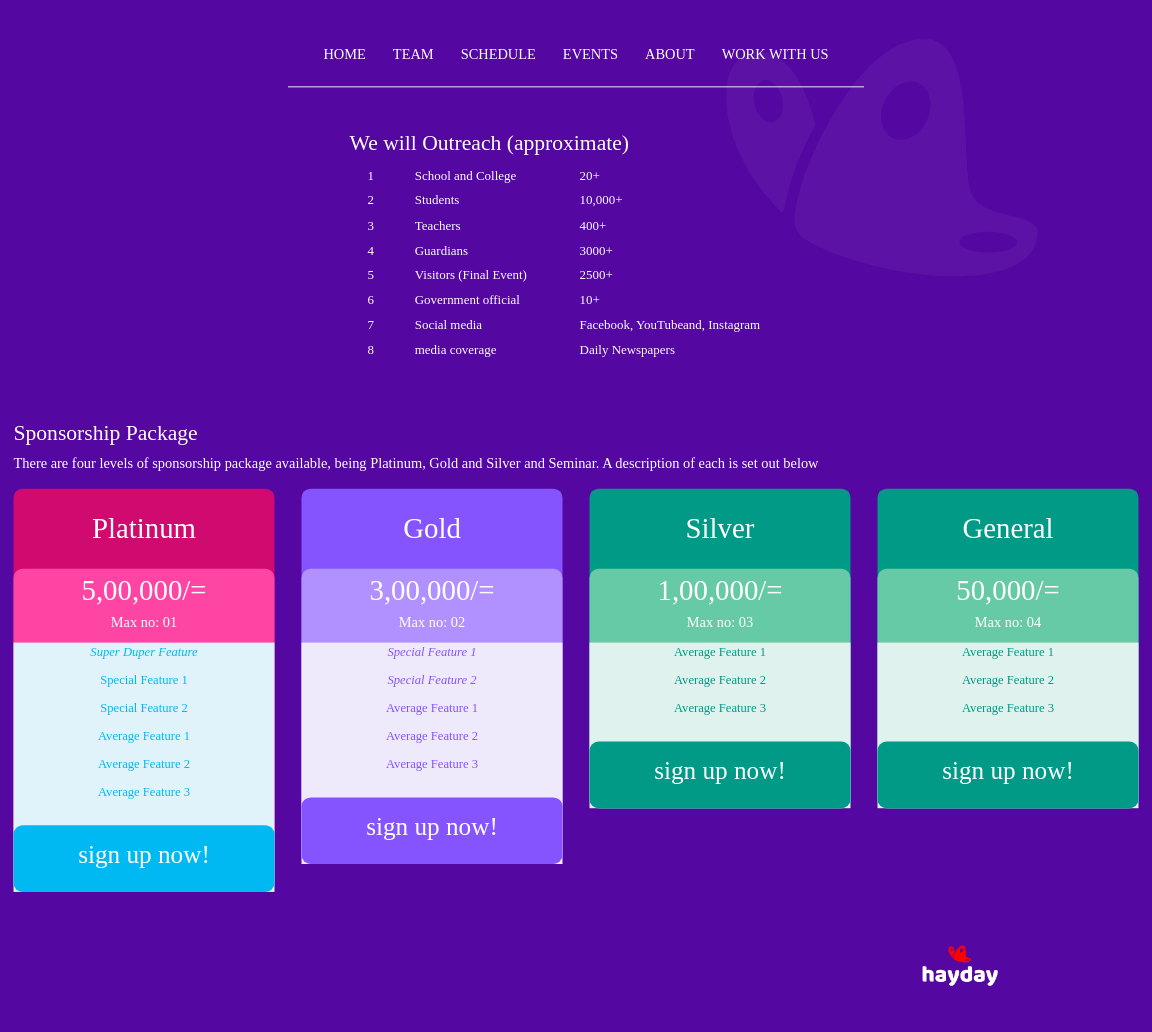
Repository: im1971/company-web
Page: workWithUs.html
These files come from the project's save history. The page is drawn as it stood at one moment and after the next save; the edit follows.
The browser window is 1280 px wide. The pictures show the whole page, at 90% of full size.
Some web fonts or font styles are not loaded; a fallback is used.

Above is the page before, as saved 2020-01-26 12:41:22.

### workWithUs.html
<!DOCTYPE html>
<html>

<head>
    <title>hayday</title>
    <link rel="shortcut icon" type="img/x-icon" href="img/fav.png" />
    <link rel="stylesheet" href="css/mdb.min.css">
    <link rel="stylesheet" href="css/bootstrap.min.css">
    <link rel="stylesheet" href="css/fontawesome.min.css">
    <link rel="stylesheet" href="css/all.min.css">
    <link rel="stylesheet" href="css/style.css">
    <!-- fonts -->
    <link href="https://fonts.googleapis.com/css?family=Baloo+Bhai&display=swap" rel="stylesheet">
    <!-- fonts -->

</head>

<body>

    <div class="wrap_hayday">
        <div class="back_img"></div>
        <div class="container-fluid">
            <div class="row justify-content-center pb-5">
                <div class="col-md-12">
                    <nav class="navbar navbar-expand-lg">
                        <button class="navbar-toggler" type="button" data-toggle="collapse" data-target="#navbarSupportedContent" aria-controls="navbarSupportedContent" aria-expanded="false" aria-label="Toggle navigation">
                          <span class="navbar-toggler-icon"></span>
                        </button>

                        <div class="collapse navbar-collapse" id="navbarSupportedContent">

                            <ul class="navbar-nav m-auto text-uppercase">
                                <li class="nav-item active">
                                    <a class="nav-link" href="index.html">Home</a>
                                </li>
                                <li class="nav-item">
                                    <a class="nav-link" href="#">Team</a>
                                </li>
                                <li class="nav-item">
                                    <a class="nav-link" href="#">SCHEDULE</a>
                                </li>
                                <li class="nav-item">
                                    <a class="nav-link" href="#">Events</a>
                                </li>
                                <li class="nav-item">
                                    <a class="nav-link" href="about.html">About</a>
                                </li>
                                <li class="nav-item">
                                    <a class="nav-link" href="workWithUs.html">Work With us</a>
                                </li>
                            </ul>
                        </div>
                    </nav>
                </div>
                <div class="col-md-6 border_deco pt-3"></div>
            </div>
            <!-- <div class="container"> -->
            <div class="row justify-content-center">
                <div class="col-md-5 outreach">
                    <h4>We will Outreach (approximate)</h4>
                    <div class="table-responsive table-sm">
                        <table class="table">
                            <tbody>
                                <tr>
                                    <td>1</td>
                                    <td>School and College</td>
                                    <td>20+</td>
                                </tr>
                                <tr>
                                    <td>2</td>
                                    <td>Students</td>
                                    <td>10,000+</td>
                                </tr>
                                <tr>
                                    <td>3</td>
                                    <td>Teachers</td>
                                    <td>400+</td>
                                </tr>
                                <tr>
                                    <td>4</td>
                                    <td>Guardians</td>
                                    <td>3000+</td>
                                </tr>
                                <tr>
                                    <td>5</td>
                                    <td>Visitors (Final Event)</td>
                                    <td>2500+</td>
                                </tr>
                                <tr>
                                    <td>6</td>
                                    <td>Government official</td>
                                    <td>10+</td>
                                </tr>
                                <tr>
                                    <td>7</td>
                                    <td>Social media</td>
                                    <td>Facebook, YouTubeand, Instagram</td>
                                </tr>
                                <tr>
                                    <td>8</td>
                                    <td>media coverage</td>
                                    <td>Daily Newspapers</td>
                                </tr>
                            </tbody>
                        </table>
                    </div>
                </div>
            </div>
            <div class="row justify-content-center sponsor_table mt-5">
                <div class="col-md-12">
                    <h4>Sponsorship Package</h4>
                    <p>
                        There are four levels of sponsorship package available, being Platinum, Gold and Silver and Seminar. A description of each is set out below
                    </p>
                </div>
                <div class="col-md-3">
                    <div class="superduper">
                        <div class="price-package">
                            <div class="package-name">
                                <h2>Platinum</h2>
                            </div>
                            <div class="package-price">
                                <div class="package-arrow"></div>
                                <div class="price">
                                    <span>5,00,000/=</span>
                                </div>
                                <div class="term">
                                    <span>Max no: 01</span>
                                </div>
                                <div class="package-features">
                                    <div class="package-arrow"></div>
                                    <ul>
                                        <li><em>Super Duper Feature</em></li>
                                        <li>Special Feature 1</li>
                                        <li>Special Feature 2</li>
                                        <li>Average Feature 1</li>
                                        <li>Average Feature 2</li>
                                        <li>Average Feature 3</li>
                                    </ul>
                                    <button class="sign-up">
                                <h3>sign up now!</h3>
                              </button>
                                </div>
                            </div>
                        </div>
                    </div>
                </div>
                <div class="col-md-3">
                    <div class="special">
                        <div class="price-package">
                            <div class="package-name">
                                <h2>Gold</h2>
                            </div>
                            <div class="package-price">
                                <div class="package-arrow"></div>
                                <div class="price">
                                    <span>3,00,000/=</span>
                                </div>
                                <div class="term">
                                    <span>Max no: 02</span>
                                </div>
                                <div class="package-features">
                                    <div class="package-arrow"></div>
                                    <ul>
                                        <li><em>Special Feature 1</em></li>
                                        <li><em>Special Feature 2</em></li>
                                        <li>Average Feature 1</li>
                                        <li>Average Feature 2</li>
                                        <li>Average Feature 3</li>
                                    </ul>
                                    <button class="sign-up">
                                <h3>sign up now!</h3>
                              </button>
                                </div>
                            </div>
                        </div>
                    </div>
                </div>

                <div class="col-md-3">
                    <div class="average">
                        <div class="price-package">
                            <div class="package-name">
                                <h2>Silver</h2>
                            </div>
                            <div class="package-price">
                                <div class="package-arrow"></div>
                                <div class="price">
                                    <span>1,00,000/=</span>
                                </div>
                                <div class="term">
                                    <span>Max no: 03</span>
                                </div>
                                <div class="package-features">
                                    <div class="package-arrow"></div>
                                    <ul>
                                        <li>Average Feature 1</li>
                                        <li>Average Feature 2</li>
                                        <li>Average Feature 3</li>
                                    </ul>
                                    <button class="sign-up">
                                  <h3>sign up now!</h3>
                                </button>
                                </div>
                            </div>
                        </div>
                    </div>

                </div>
                <div class="col-md-3">
                    <div class="general">
                        <div class="price-package">
                            <div class="package-name">
                                <h2>General</h2>
                            </div>
                            <div class="package-price">
                                <div class="package-arrow"></div>
                                <div class="price">
                                    <span>50,000/=</span>
                                </div>
                                <div class="term">
                                    <span>Max no: 04</span>
                                </div>
                                <div class="package-features">
                                    <div class="package-arrow"></div>
                                    <ul>
                                        <li>Average Feature 1</li>
                                        <li>Average Feature 2</li>
                                        <li>Average Feature 3</li>
                                    </ul>
                                    <button class="sign-up">
                                  <h3>sign up now!</h3>
                                </button>
                                </div>
                            </div>
                        </div>
                    </div>

                </div>

            </div>
            <!-- </div> -->
            <div class="row justify-content-end my-5">
                <div class="col-md-4 m-autp">
                    <div class="middle_body">
                        <div class="logo">
                            <img src="img/logo.png" alt="" style="height: 50px">
                        </div>
                        <!-- <p>Read about our Inspiration</p> -->
                    </div>
                </div>
            </div>
        </div>
    </div>
    </div>



    <!-- <script src="https://code.jquery.com/jquery-3.4.1.slim.min.js" integrity="sha384-J6qa4849blE2+poT4WnyKhv5vZF5SrPo0iEjwBvKU7imGFAV0wwj1yYfoRSJoZ+n" crossorigin="anonymous"></script>
    <script src="https://cdn.jsdelivr.net/npm/popper.js@1.16.0/dist/umd/popper.min.js" integrity="sha384-Q6E9RHvbIyZFJoft+2mJbHaEWldlvI9IOYy5n3zV9zzTtmI3UksdQRVvoxMfooAo" crossorigin="anonymous"></script>
    <script src="https://stackpath.bootstrapcdn.com/bootstrap/4.4.1/js/bootstrap.min.js" integrity="sha384-wfSDF2E50Y2D1uUdj0O3uMBJnjuUD4Ih7YwaYd1iqfktj0Uod8GCExl3Og8ifwB6" crossorigin="anonymous"></script> -->

    <script type="text/javascript" src="js/jquery.min.js"></script>
    <!-- Bootstrap tooltips -->
    <script type="text/javascript" src="js/popper.min.js"></script>
    <!-- Bootstrap core JavaScript -->
    <script type="text/javascript" src="js/bootstrap.min.js"></script>
    <!-- MDB core JavaScript -->
    <script type="text/javascript" src="js/mdb.min.js"></script>


</body>

</html>

### css/style.css
body {
    padding: 0;
    margin: 0;
    background: #5407A1 !important;
    color: #fff !important;
    font-family: 'Baloo Bhai', cursive;
    position: relative;
}


/* global */

html {
    overflow: scroll;
    overflow-x: hidden;
}

::-webkit-scrollbar {
    width: 0px;
    /* Remove scrollbar space */
    background: transparent;
    /* Optional: just make scrollbar invisible */
}


/* Optional: show position indicator in red */

::-webkit-scrollbar-thumb {
    background: #FF0000;
}


/* global */

.back_img {
    background-image: url(../img/back.png);
    height: 350px;
    width: 600px;
    position: absolute;
    background-position: center center;
    background-size: cover;
    opacity: 5%;
    /* top: 30%; */
    right: 0;
}


/* header */

.wrap_hayday .navbar {
    box-shadow: none;
}

.wrap_hayday .container-fluid {
    min-height: 100vh;
}

.wrap_hayday nav .nav-link {
    padding-right: 15px !important;
    padding-left: 15px !important;
    color: #fff;
    font-family: 'Baloo Bhai', cursive;
}

.wrap_hayday .border_deco {
    border-bottom: .25px solid #fff;
}

.wrap_hayday nav .nav-link:hover {
    color: #FF0000;
    transition-duration: 0.5s;
}

.wrap_hayday .navbar {
    padding: 40px;
    padding-bottom: 0;
}


/* header */


/* middle body */

.wrap_hayday .middle_body {
    text-align: center;
}

.wrap_hayday .middle_body .logo img {
    /* background-image: url(logo.png); */
    height: 100px;
}

.wrap_hayday .others_page_middle {
    text-align: center;
    position: absolute;
    right: 30px;
    bottom: 0;
}

.wrap_hayday .others_page_middle img {
    height: 70px;
}


/* middle body */


/* footer-body */

.myprogress {
    min-width: 100%;
    margin: 0px auto;
    text-align: center;
}

.myprogress .circle {
    display: inline-block;
    background: #fff;
    width: 50px;
    height: 50px;
    border-radius: 80px;
    border: 1px solid #d5d5da;
    cursor: pointer;
}

.myprogress .circle:hover {
    background: #FF0000;
    color: #5407A1;
    transition-duration: 0.5s;
}

.myprogress .bar {
    position: relative;
    width: 100px;
    padding-right: 15px;
    font-family: none;
    /* height: 2px; */
    /* top: 10px; */
    /* border: 0px solid #fff; */
}

.myprogress .circle .label {
    display: inline-block;
    width: 40px;
    height: 40px;
    line-height: 30px;
    border-radius: 40px;
    font-size: 24px;
}

.myprogress .circle .title {
    color: #5407A1;
    font-size: 24px;
    line-height: 50px;
    cursor: pointer;
}

.myprogress .circle .title:hover {
    color: #fff;
}

.myprogress i {
    font-size: 11px;
}

.myprogress .abc {
    animation: pulse 1s infinite;
    color: #FF0000;
}

.myprogress .pulse {
    -webkit-animation-duration: 3s;
    -webkit-animation-delay: 2s;
    -webkit-animation-iteration-count: 5;
}


/* footer-body */


/* about hayday */

.accordion .card-header {
    padding: 0;
    background: #5407A1;
    margin-bottom: 0;
}

.accordion .card-header .btn-link {
    color: #fff;
    padding: 0;
}

.accordion .card {
    border: none;
    border-radius: 0;
}

.accordion i {
    position: absolute;
    right: 10px;
    top: 5px;
}

.accordion p {
    color: #000;
    font-family: serif;
    font-size: 15px;
}

.accordion h4 {
    color: #000;
    font-family: serif;
    font-weight: 700 !important;
    font-size: 22px;
}


/* about hayday */


/* work with us */

.outreach table.table th,
table.table td {
    padding: 3px 20px;
    color: #fff;
    border: none;
    font-family: auto;
}


/* work with us */


/* pricing table */

.sponsor_table {
    font-family: auto;
}

.price-package {
    padding-top: 25px;
    margin-bottom: 10px;
    text-align: center;
    -moz-border-radius-topleft: 10px;
    -moz-border-radius-topright: 10px;
    -webkit-border-top-left-radius: 10px;
    -webkit-border-top-right-radius: 10px;
    -moz-border-radius-bottomleft: 10px;
    -moz-border-radius-bottomright: 10px;
    -webkit-border-bottom-left-radius: 10px;
    -webkit-border-bottom-right-radius: 10px;
}

.price-package .package-name {
    font-size: 1.4rem;
}

.price-package .package-price {
    -moz-border-radius-topleft: 10px;
    -moz-border-radius-topright: 10px;
    -webkit-border-top-left-radius: 10px;
    -webkit-border-top-right-radius: 10px;
    -moz-border-radius-bottomleft: 10px;
    -moz-border-radius-bottomright: 10px;
    -webkit-border-bottom-left-radius: 10px;
    -webkit-border-bottom-right-radius: 10px;
    margin-top: 25px;
}

.price-package .package-price .price sup {
    font-size: 1.6rem;
    position: absolute;
    top: 6px;
    left: -12px;
}

.price-package .package-price .price span {
    font-size: 2rem;
}

.price-package .package-features ul {
    font-size: 14px;
    margin: 0;
    padding: 0;
    list-style: none;
}

.price-package .package-features ul li {
    margin: 10px auto;
    padding: 0;
}

.price-package .sign-up {
    -moz-border-radius-topleft: 10px;
    -moz-border-radius-topright: 10px;
    -webkit-border-top-left-radius: 10px;
    -webkit-border-top-right-radius: 10px;
    -moz-border-radius-bottomleft: 10px;
    -moz-border-radius-bottomright: 10px;
    -webkit-border-bottom-left-radius: 10px;
    -webkit-border-bottom-right-radius: 10px;
    padding: 16.66666667px 0;
    margin-top: 16.66666667px;
    width: 100%;
    outline: none;
    border: none;
    cursor: pointer;
}

.average .price-package {
    background-color: #009a86;
}

.average .price-package .package-name {
    color: white;
}

.average .price-package .package-price {
    background-color: #66CAA6;
    color: white;
}

.average .price-package .package-features {
    background-color: #e0f2ed;
    color: #009a86;
}

.average .price-package .sign-up {
    background-color: #009a86;
    color: white;
    transition: background-color 0.5s ease;
}

.average .price-package .sign-up:hover {
    background-color: #66CAA6;
}

.average .price-package .sign-up:active {
    background-color: #e0f2ed;
}

.average .price-package .package-price .package-arrow {
    border-top-color: #009a86;
}

.average .price-package .package-features .package-arrow {
    border-top-color: #66CAA6;
}

.average .price-package .sign-up .package-arrow {
    border-top-color: #e0f2ed;
}

.special .price-package {
    background-color: #8654ff;
}

.special .price-package .package-name {
    color: white;
}

.special .price-package .package-price {
    background-color: #b191ff;
    color: white;
}

.special .price-package .package-features {
    background-color: #efe9fc;
    color: #8654ff;
}

.special .price-package .sign-up {
    background-color: #8654ff;
    color: white;
    transition: background-color 0.5s ease;
}

.special .price-package .sign-up:hover {
    background-color: #b191ff;
}

.special .price-package .sign-up:active {
    background-color: #efe9fc;
}

.special .price-package .package-price .package-arrow {
    border-top-color: #8654ff;
}

.special .price-package .package-features .package-arrow {
    border-top-color: #b191ff;
}

.special .price-package .sign-up .package-arrow {
    border-top-color: #efe9fc;
}

.superduper .price-package {
    background-color: #d00a6e;
}

.superduper .price-package .package-name {
    color: white;
}

.superduper .price-package .package-price {
    background-color: #ff45a3;
    color: white;
}

.superduper .price-package .package-features {
    background-color: #e0f2fa;
    color: #00b9f2;
}

.superduper .price-package .sign-up {
    background-color: #00b9f2;
    color: white;
    transition: background-color 0.5s ease;
}

.superduper .price-package .sign-up:hover {
    background-color: #7dd4fe;
}

.superduper .price-package .sign-up:active {
    background-color: #e0f2fa;
}

.superduper .price-package .package-price .package-arrow {
    border-top-color: #ff45a3;
}

.superduper .price-package .package-features .package-arrow {
    border-top-color: #7dd4fe;
}

.superduper .price-package .sign-up .package-arrow {
    border-top-color: #e0f2fa;
}

.general .price-package {
    background-color: #009a86;
}

.general .price-package .package-name {
    color: white;
}

.general .price-package .package-price {
    background-color: #66CAA6;
    color: white;
}

.general .price-package .package-features {
    background-color: #e0f2ed;
    color: #009a86;
}

.general .price-package .sign-up {
    background-color: #009a86;
    color: white;
    transition: background-color 0.5s ease;
}

.general .price-package .sign-up:hover {
    background-color: #66CAA6;
}

.general .price-package .sign-up:active {
    background-color: #e0f2ed;
}

.general .price-package .package-price .package-arrow {
    border-top-color: #009a86;
}

.general .price-package .package-features .package-arrow {
    border-top-color: #66CAA6;
}

.general .price-package .sign-up .package-arrow {
    border-top-color: #e0f2ed;
}


/* pricing table */

Loaded but not shown: css/mdb.min.css (library); css/bootstrap.min.css (library); css/fontawesome.min.css (library); css/all.min.css (library); js/jquery.min.js (library); js/popper.min.js (library); js/bootstrap.min.js (library); js/mdb.min.js (library)

After the next save:
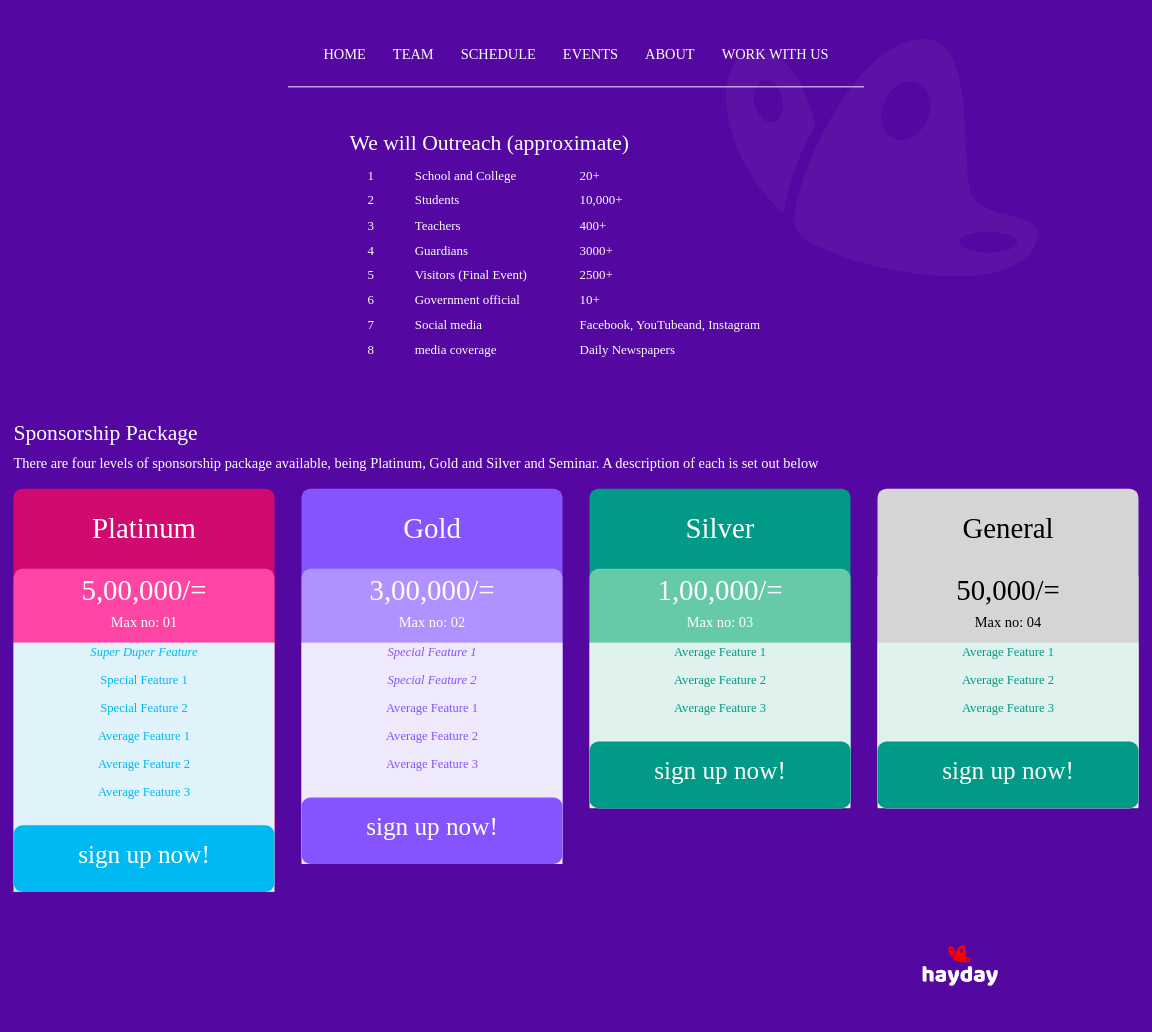
Saved 45 s later.
--- a/css/style.css
+++ b/css/style.css
@@ -443,16 +443,16 @@ table.table td {
 }
 
 .general .price-package {
-    background-color: #009a86;
+    background-color: #d5d5d5;
 }
 
 .general .price-package .package-name {
-    color: white;
+    color: #000;
 }
 
 .general .price-package .package-price {
-    background-color: #66CAA6;
-    color: white;
+    background-color: #d5d5d5;
+    color: #000;
 }
 
 .general .price-package .package-features {
